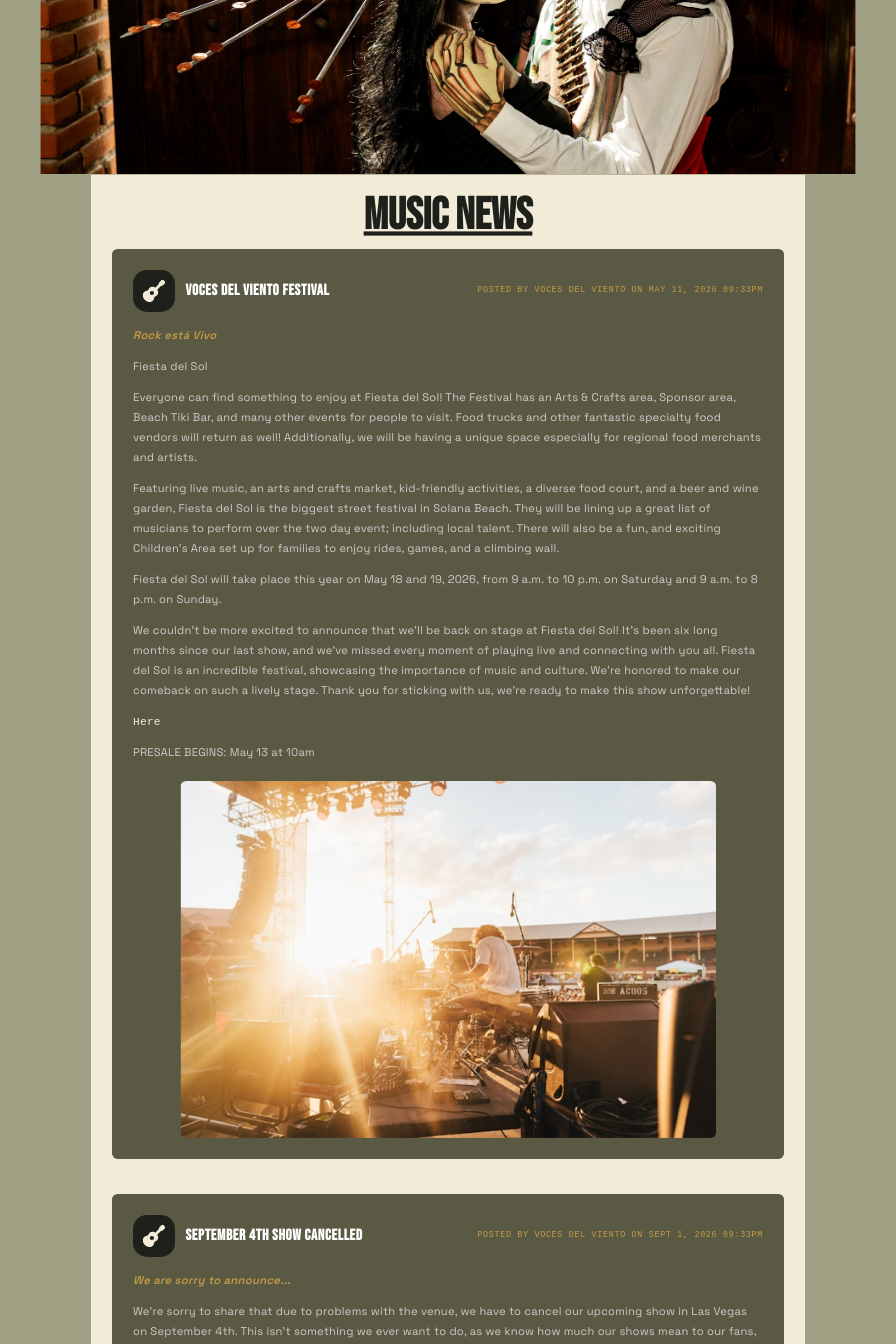
Repository: lime929/voices-del-viento
Page: /news
The author's editor kept a copy of each file at every save. The page is drawn from the files as they stood at one save, then again after a run of saves.
The browser window is 1280 px wide. The pictures show the part of the page from y = 431 to 2351 px (the page is 5517 px tall before and 5533 px after), at 70% of full size.
The project was rebuilt for these pictures with package versions that can differ from the ones it lists, and the page was loaded fresh each time. The framework's server and built-in components were replaced by stand-ins that run in the browser. Also part of the build but not shown: next.config.mjs.

Above is the page before, as saved 2026-09-26 21:36:18.

### app/layout.jsx
import '../app/globals.css';
import Footer from '../app/components/Footer';
import NavBar from '../app/components/NavBar';


export const metadata = {
  title: "Voces del Viento",
  description:
    "Voces del Viento is a Mexican indie rock band from Michoacán, blending classic Latin rock influences with modern sounds inspired by Caifanes, Juanes, and Los Enanitos Verdes. Discover their heartfelt music, cultural roots, and energetic live performances.",
  keywords: [
    "Voces del Viento",
    "Mexican indie rock",
    "Michoacán, Mexico",
    "Latin rock",
    "Alternative music",
    "band from Mexico",
    "indie music",
  ],
};

export default function MainLayout({ children }) {
  return (
    <html lang="en">
      <body>
        <NavBar />
        {children}
        <Footer />
      </body>
    </html>
  );
}

### app/news/page.jsx
import styles from "./page.module.css";
import Image from "next/image";
import Post from "../components/Post";
import posts from "./posts.json";
import banner from "../../public/images/news/banner.jpg";

export const metadata = {
  title: "Voces del Viento | News",
  description: "Stay up to date with the latest news and updates from Voces del Viento.",
    keywords: [
    "Voces del Viento",
    "news",
    "Music news",
    "band updates",
    "Concert announcements",
    "Album releases",
    "Live performances",
    "Live updates",
  ]
}

export default function NewsPage() {
  return (
    <>
    <div className={styles.imgContainer}>
      <Image
        src={banner}
        alt="couple with dia de los muertos makeup"
        sizes="100vw"
        className={styles.bannerImage}
        priority
      />
</div>
      <div className={styles.newsContainer}>
        <h2 className={styles.newsTitle}>Music News</h2>

        {posts.map((post) => (
          <Post key={post.id} post={post} />
        ))}
      </div>
    </>
  );
}

### app/globals.css
/* @import url("https://fonts.googleapis.com/css2?family=Bebas+Neue&family=DM+Sans:opsz,wght@9..40,400;9..40,500;9..40,600;9..40,700&family=Space+Mono:wght@400;700&display=swap");
@import url('https://fonts.googleapis.com/css2?family=Space+Grotesk:wght@300..700&display=swap'); */

@import url('https://fonts.googleapis.com/css2?family=Archivo+Black&family=Bebas+Neue&family=DM+Sans:ital,opsz,wght@0,9..40,100..1000;1,9..40,100..1000&family=Oswald:wght@200..700&family=Roboto+Mono:ital,wght@0,100..700;1,100..700&family=Space+Grotesk:wght@300..700&display=swap');
@import "tailwindcss";

@theme {
      /* Large headings and album titles */
  --font-display: "Bebas Neue", sans-serif;
    /* Paragraphs, navigation, and buttons */
  --font-body: "Space Grotesk", sans-serif;
    /* Dates, labels, and small details */
  --font-mono: "Space Mono", monospace;

    /* Main page background */
  --color-band-bg: #A0A084;
    /* Main text, dark sections & footer */
  --color-band-ink: #1E211B;
    /* Text on dark/red backgrounds */
  --color-band-cream: #F2EBD8;
    /* Borders and secondary accents */
  --color-band-olive: #5a5a44;
    /* Small highlights and labels */
  --color-band-gold: #C49A46;
}

body {
  font-family: var(--font-body);
  background-color: var(--color-band-bg);
  color: var(--color-band-ink);
  margin: 0;
  padding: 0;
}

### app/components/Footer.jsx
'use client';

import { usePathname } from "next/navigation";
export default function Footer() {
    const pathname = usePathname();

  return (
    <footer className="border-t border-band-olive bg-band-ink py-8 px-4 sm:px-6">
      <div className="mx-auto max-w-6xl">
        <div className="flex flex-col items-center justify-between gap-8 text-sm md:flex-row">
          {/* Copyright */}
          <div className="order-2 text-center md:order-1 md:text-left">
            <p className="font-semibold text-band-cream">
              © {new Date().getFullYear()}{' '}
              <span className="font-black text-band-cream">Voices Del Viento</span>
            </p>
            <p className="mt-1 font-mono text-xs tracking-wider text-band-gold">
              Made with Next.js, React & Tailwind by Liliana Mendez
            </p>
          </div>

          {/* Right links */}
          <nav className="order-1 flex items-center gap-6 md:order-2">
            <a
              href="/store"
              className={`${
                      pathname === "/store" ? "border-b-2 border-band-gold text-band-gold" : "border-b-2 border-transparent text-band-cream hover:text-band-gold hover:border-band-gold"
                    } text-sm font-semibold pb-1 transition-all`}
            >
              Store
            </a>
            <a
              href="/tour"
              className={`${
                      pathname === "/tour" ? "border-b-2 border-band-gold text-band-gold" : "border-b-2 border-transparent text-band-cream hover:text-band-gold hover:border-band-gold"
                    } text-sm font-semibold pb-1 transition-all`}
            >
              Tour
            </a>
            <a
              href="/about"
              className={`${
                      pathname === "/about" ? "border-b-2 border-band-gold text-band-gold" : "border-b-2 border-transparent text-band-cream hover:text-band-gold hover:border-band-gold"
                    } text-sm font-semibold pb-1 transition-all`}
            >
              About
            </a>
            <a
              href="/news"
              className={`${
                      pathname === "/news" ? "border-b-2 border-band-gold text-band-gold" : "border-b-2 border-transparent text-band-cream hover:text-band-gold hover:border-band-gold"
                    } text-sm font-semibold pb-1 transition-all`}
            >
              News
            </a>
            <a
              href="/support"
              className={`${
                      pathname === "/support" ? "border-b-2 border-band-gold text-band-gold" : "border-b-2 border-transparent text-band-cream hover:text-band-gold hover:border-band-gold"
                    } text-sm font-semibold pb-1 transition-all`}
            >
              Support
            </a>
          </nav>
        </div>
      </div>
    </footer>
  );
}

### app/components/NavBar.jsx
'use client';
import { useState } from "react";
import Link from "next/link";
import Image from "next/image";
import { usePathname } from "next/navigation";
import { FaBars, FaTimes, FaFacebook, FaInstagram, FaYoutube, FaTwitter,FaSpotify } from "react-icons/fa";
import logoIcon from '../../app/icon.png';

export default function NavBar() {
  const [isMobileMenuOpen, setIsMobileMenuOpen] = useState(false);
  const pathname = usePathname();

  return (
    <>
      <nav className="bg-band-ink border-b border-band-olive sticky top-0 z-50">
        <div className="px-4 lg:px-6">
          <div className="relative flex h-24 items-center justify-between">

            {/* Mobile menu button: always positioned absolute left and hidden on md+ screens */}
            <div className="absolute inset-y-0 left-0 flex items-center md:hidden">
              <button
                onClick={() => setIsMobileMenuOpen(!isMobileMenuOpen)}
                className="inline-flex items-center justify-center p-2 rounded-md text-band-cream hover:text-band-gold hover:bg-band-olive/20 focus:outline-none focus:ring-2 focus:ring-band-gold"
                aria-controls="mobile-menu"
                aria-expanded={isMobileMenuOpen}
              >
                <span className="sr-only">Open main menu</span>
                {isMobileMenuOpen ? (
                  <FaTimes className="block h-6 w-6" />
                ) : (
                  <FaBars className="block h-6 w-6" />
                )}
              </button>
            </div>

            <div className="flex flex-1 items-center justify-center md:justify-start">
              <Link href="/" className="flex flex-shrink-0 items-center gap-2 hover:opacity-90 transition">
                <Image
                  src={logoIcon}
                  alt="Voices Del Viento Logo"
                  width={50}
                  height={50}
                  priority
                />

                <span className="hidden font-display text-4xl font-bold uppercase tracking-wide text-band-cream transition-colors hover:text-band-gold md:block md:mr-9">
                Voces Del Viento
                </span>
              </Link>


              <div className="hidden md:ml-6 md:block md:pt-2">
                <div className="flex space-x-4 lg:space-x-6">
                  <Link
                    href="/store"
                    className={`${
                      pathname === "/store" ? "border-b-2 border-band-gold text-band-gold" : "border-b-2 border-transparent text-band-cream hover:text-band-gold hover:border-band-gold"
                    } text-lg font-semibold pb-1 transition-all`}
                  >
                    Store
                  </Link>
                  <Link
                    href="/tour"
                    className={`${
                      pathname === "/tour" ? "border-b-2 border-band-gold text-band-gold" : "border-b-2 border-transparent text-band-cream hover:text-band-gold hover:border-band-gold"
                    } text-lg font-semibold pb-1 transition-all`}
                  >
                    Tour
                  </Link>
                  <Link
                    href="/about"
                    className={`${
                      pathname === "/about" ? "border-b-2 border-band-gold text-band-gold" : "border-b-2 border-transparent text-band-cream hover:text-band-gold hover:border-band-gold"
                    } text-lg font-semibold pb-1 transition-all`}
                  >
                    About
                  </Link>
                  <Link
                    href="/news"
                    className={`${
                      pathname === "/news" ? "border-b-2 border-band-gold text-band-gold" : "border-b-2 border-transparent text-band-cream hover:text-band-gold hover:border-band-gold"
                    } text-lg font-semibold pb-1 transition-all`}
                  >
                    News
                  </Link>
                  <Link
                    href="/support"
                    className={`${
                      pathname === "/support" ? "border-b-2 border-band-gold text-band-gold" : "border-b-2 border-transparent text-band-cream hover:text-band-gold hover:border-band-gold"
                    } text-lg font-semibold pb-1 transition-all`}
                  >
                    Support
                  </Link>
                </div>
              </div>
            </div>

            <div className="absolute inset-y-0 right-0 flex items-center pr-2 md:static md:ml-6 md:pr-0">
              <div className="flex items-center gap-2 text-band-cream">
             <a href="https://www.facebook.com/" target="_blank" className="relative p-2 rounded-full transition-transform duration-250 ease-in-out hover:scale-110 hover:text-band-gold">
                    <FaFacebook className="h-6 w-6" />
                </a>
             <a href="https://www.instagram.com/" target="_blank" className="relative p-2 rounded-full transition-transform duration-250 ease-in-out hover:scale-110 hover:text-band-gold">
                    <FaInstagram className="h-6 w-6"/>
                </a>
             <a href="https://www.youtube.com/" target="_blank" className="relative p-2 rounded-full transition-transform duration-250 ease-in-out hover:scale-110 hover:text-band-gold">
                    <FaYoutube className="h-6 w-6" />
                </a>
             <a href="https://www.x.com/" target="_blank" className="relative p-2 rounded-full transition-transform duration-250 ease-in-out hover:scale-110 hover:text-band-gold">
                    <FaTwitter className="h-6 w-6" />
                </a>
            <a href="https://www.spotify.com/" target="_blank" className="relative p-2 rounded-full transition-transform duration-250 ease-in-out hover:scale-110 hover:text-band-gold">
                    <FaSpotify className="h-6 w-6" />
                </a>
              </div>
            </div>
          </div>
        </div>

        {/* Mobile menu */}
        {isMobileMenuOpen && (
          <div className="md:hidden bg-band-ink/95 backdrop-blur-md border-t border-band-olive px-4 pb-4 pt-2 space-y-1">
            <Link
              href="/store"
              className={`${
                pathname === "/store" ? "bg-band-olive/20 text-band-cream" : "border-b-2 border-transparent text-band-cream hover:bg-band-olive/20 hover:text-band-gold"
              } block rounded-md px-3 py-3 text-base font-semibold transition-colors`}
              onClick={() => setIsMobileMenuOpen(false)}
            >
              Store
            </Link>
            <Link
              href="/tour"
              className={`${
                pathname === "/tour" ? "bg-band-olive/20 text-band-cream" : "border-b-2 border-transparent text-band-cream hover:bg-band-olive/20 hover:text-band-gold"
              } block rounded-md px-3 py-3 text-base font-semibold transition-colors`}
              onClick={() => setIsMobileMenuOpen(false)}
            >
              Tour
            </Link>
            <Link
              href="/about"
              className={`${
                pathname === "/about" ? "bg-band-olive/20 text-band-cream" : "border-b-2 border-transparent text-band-cream hover:bg-band-olive/20 hover:text-band-gold"
              } block rounded-md px-3 py-3 text-base font-semibold transition-colors`}
              onClick={() => setIsMobileMenuOpen(false)}
            >
              About
            </Link>
            <Link
              href="/news"
              className={`${
                pathname === "/news" ? "bg-band-olive/20 text-band-cream" : "border-b-2 border-transparent text-band-cream hover:bg-band-olive/20 hover:text-band-gold"
              } block rounded-md px-3 py-3 text-base font-semibold transition-colors`}
              onClick={() => setIsMobileMenuOpen(false)}
            >
              News
            </Link>
            <Link
              href="/support"
              className={`${
                pathname === "/support" ? "bg-band-olive/20 text-band-cream" : "border-b-2 border-transparent text-band-cream hover:bg-band-olive/20 hover:text-band-gold"
              } block rounded-md px-3 py-3 text-base font-semibold transition-colors`}
              onClick={() => setIsMobileMenuOpen(false)}
            >
              Support
            </Link>
          </div>
        )}
      </nav>
    </>
  );
}

### app/news/page.module.css
.newsTitle {
  font-size: 4rem;
  color: var(--color-band-ink);
  font-family: var(--font-display);
  font-weight: 900;
  font-style: bold;
  text-align: center;
  text-decoration: underline;
  margin-top: -20px;
}

.newsContainer {
  max-width: 1020px;
  margin: 40px auto;
  padding: 30px;
  background-color: var(--color-band-cream);
  /* border-radius: 8px; */
    margin-top: -26px;

}

.newsContent {
  background-color: var(--color-band-olive);
  padding: 30px;
  border-radius: 8px;
  line-height: 1.8;
  margin-bottom: 50px;
}

.newsPost {
  color: #ccc;
  font-family: var(--font-body);
  font-weight: 400;
  font-style: normal;
  letter-spacing: 0.02em;
  line-height: 1.8;
}

.postHeader {
  display: flex;
  align-items: center;
  width: 100%;
  gap: 15px;
  margin-bottom: 20px;
}

.postLogo {
  display: inline-flex;
  align-items: center;
  justify-content: center;
  padding: 14px;
  background-color: var(--color-band-ink);
  border-radius: 20px;
}

.guitarIcon {
  font-size: 2rem;
  color: var(--color-band-cream);
}

.postTitle {
  flex: 1;
  font-size: 22px;
  font-weight: 700;
  color: #fff;
  line-height: 1.4;
  font-family: var(--font-display);
  letter-spacing: 0.04em;
  text-transform: uppercase;
}

.postMeta {
  font-size: 12px;
  /* color: #bda3a3; */
  color: var(--color-band-gold);
  margin-top: 5px;
  margin-left: auto;
  font-family: var(--font-mono);
  text-transform: uppercase;
  letter-spacing: 0.08em;
}

.postDescription {
  font-style: italic;
  color: var(--color-band-gold);
  margin: 20px 0;
  font-family: var(--font-body);
  font-weight: 600;
  letter-spacing: 0.03em;
}

.newsPost p {
  margin: 15px 0;
}

.newsPost a {
  color: var(--color-band-cream);
  text-decoration: none;
  font-family: var(--font-mono);
}

.newsPostLink {
  color: var(--color-band-cream);
  font-family: var(--font-mono);
  text-decoration: none;
}

.newsPost a:hover,
.newsPostLink:hover {
  text-decoration: underline;
}

.postImage {
  display: block;
  margin: 25px auto 0;
  width: 85%;
  border-radius: 8px;
}

 .imgContainer {
  padding: 3rem clamp(1.25rem, 5vw, 5rem) 0rem;
  zoom: 90%;
}
.bannerImage {
  display: block;
  width: 100%;
  height: 600px;
  object-fit: cover;
  object-position: center 30%;
  margin: 0 auto 30px;
}

### app/components/Post.jsx
import styles from "../news/page.module.css";
import { FaGuitar } from "react-icons/fa";
import Image from "next/image";

export default function Post({ post }) {
  return (
    <div className={styles.newsContent}>
      <div className={styles.newsPost}>
        <div className={styles.postHeader}>
          <span className={styles.postLogo}>
            <FaGuitar className={styles.guitarIcon} aria-hidden="true" />
          </span>
          <h3 className={styles.postTitle}>{post.title}</h3>
          <p className={styles.postMeta}>{post.meta}</p>
        </div>

        {post.description && (
          <p className={styles.postDescription}>{post.description}</p>
        )}

        {post.paragraphs?.map((paragraph, index) => (
          <p key={`${post.id}-paragraph-${index}`}>{paragraph}</p>
        ))}

        {post.link && (
          <p>
            <a href={post.link.href} className={styles.newsPostLink}>
              {post.link.text}
            </a>
          </p>
        )}

        {post.extraLine && <p>{post.extraLine}</p>}

        {post.image && (
          <Image
            src={post.image.src}
            alt={post.image.alt}
            width={1200}
            height={800}
            sizes="100vw"
            className={styles.postImage}
          />
        )}
      </div>
    </div>
  );
}

Loaded but not shown: app/news/posts.json (83 lines, source omitted)

After the next 3 saves:
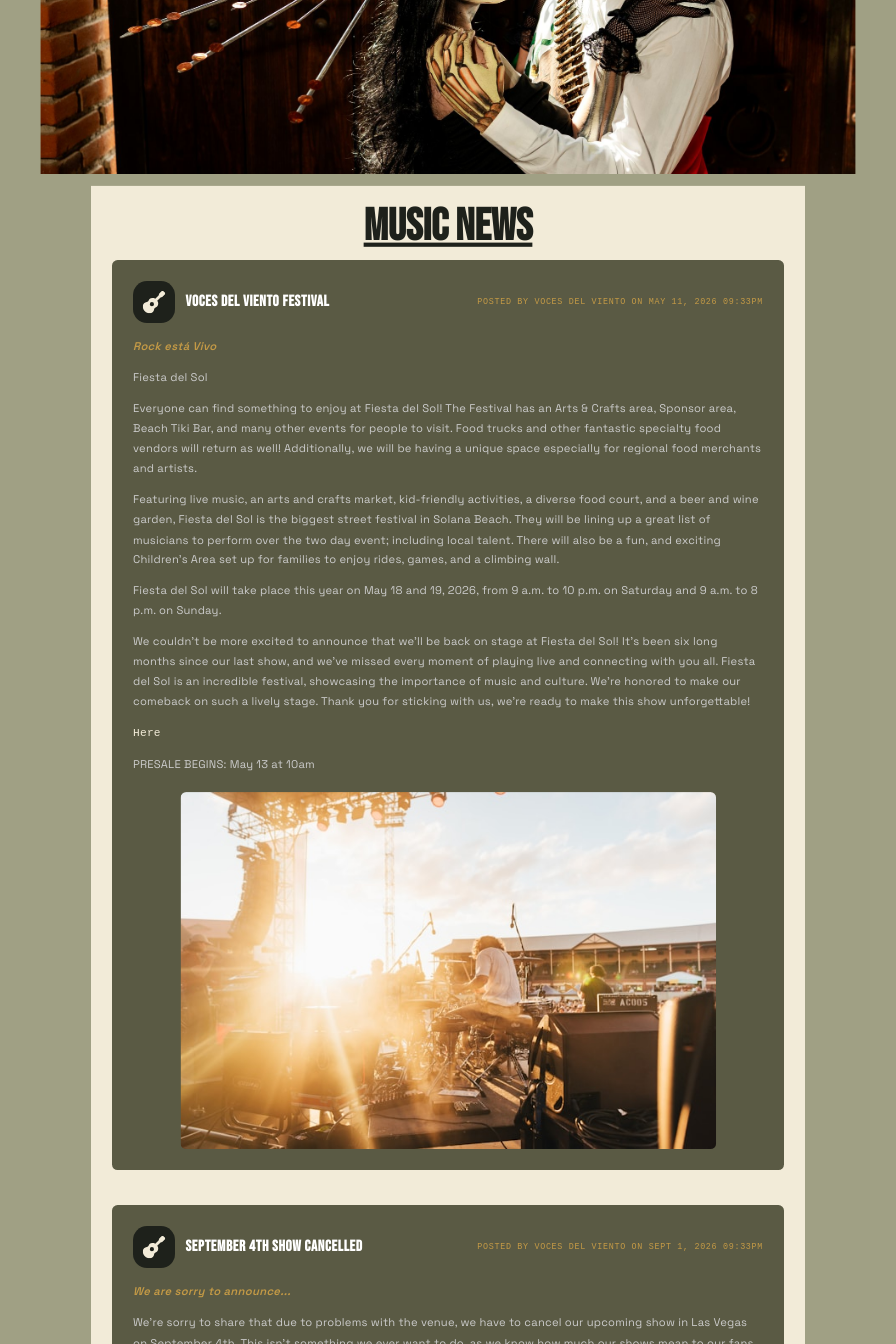
The 3 saves are shown as one change because they came seconds apart.
The last was saved 24 s later.
--- a/app/news/page.module.css
+++ b/app/news/page.module.css
@@ -15,7 +15,7 @@
   padding: 30px;
   background-color: var(--color-band-cream);
   /* border-radius: 8px; */
-    margin-top: -26px;
+    margin-top: -10px;
 
 }
 
